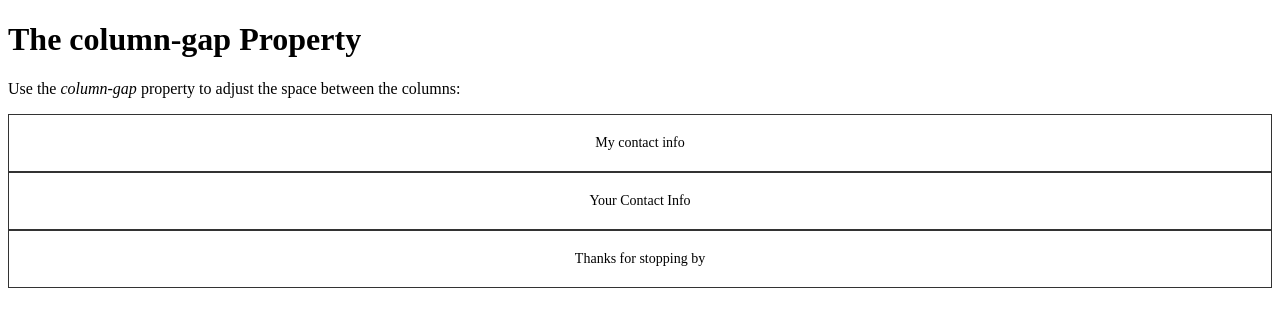
Repository: Melinda-Nanjad-Personal-Website/Personal-web
Page: test.html
The author's editor kept a copy of each file at every save. The page is drawn from the files as they stood at one save, then again after the next save.
The browser window is 1280 px wide. The pictures show the whole page.

Above is the page before, as saved 2023-07-27 21:05:03.

### test.html
<!DOCTYPE html>
<html lang="en">
<head>
    <meta charset="UTF-8">
    <meta name="viewport" content="width=device-width, initial-scale=1.0">
    <link rel="stylesheet" href="cf.css">
    <title>Document</title>
</head>
<body>
    <h1>The column-gap Property</h1>

<p>Use the <em>column-gap</em> property to adjust the space between the columns:</p>

<div class="grid-container">
  <div class="grid-item">My contact info</div>
  <div class="grid-item">Your Contact Info</div>
  <div class="grid-item">Thanks for stopping by</div>

</div>

</body>
</html>

</body>
</html>

### cf.css
.border-primary-400{
    border: 2px solid #a775f1;
}

.container {
    display: grid;
   grid gap: 1.5rem;
    grid-template-columns: auto auto auto;
}

.item-1 {
    grid-row- span4;
    grid-column: 1/5;
    background-color: hotpink;
    padding: 5px
    grid-area: main;
}

.item-2 {
    grid-row: span 3;
    grid column:  2/5;
    grid-area:left
}

.item-3 {
    grid-row: span
    grid column 1/5;
    grid-area :right
}

//test for columns
.grid-container {
  display: grid;
  column-gap: 50px;
  grid-template-columns: 1fr 1fr 1fr;
  background-color: #2196F3;
  padding: 50px;
}

.grid-item {
  background-color: rgba(255, 255, 255, 0.8);
  border: 1px solid rgba(0, 0, 0, 0.8);
  padding: 20px;
  font-size: 14px;
  text-align: center;

After the next save:
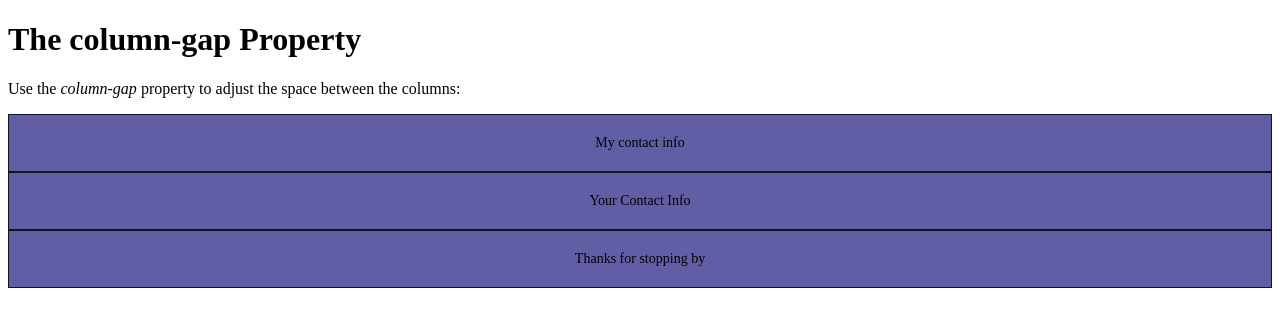
Saved 28 s later.
--- a/cf.css
+++ b/cf.css
@@ -38,7 +38,7 @@
 }
 
 .grid-item {
-  background-color: rgba(255, 255, 255, 0.8);
+  background-color: rgba(59, 54, 144, 0.8);
   border: 1px solid rgba(0, 0, 0, 0.8);
   padding: 20px;
   font-size: 14px;
